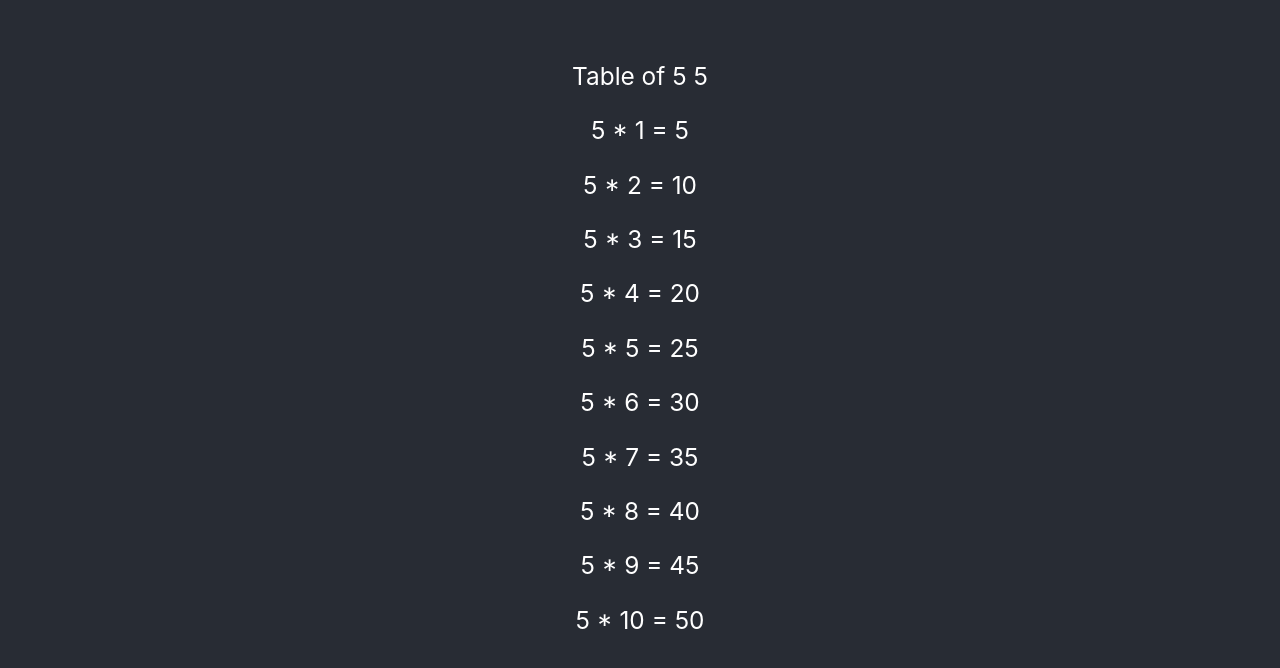
Repository: atulbihari94/react-learning
Page: / (app in my-app/my-app/)
An editor plug-in stored every save of this project. The page is shown before and after the next save, followed by the edit.
The browser window is 1280 px wide. The pictures show the whole page.
The project was rebuilt for these pictures with package versions that can differ from the ones it lists, and the page was loaded fresh each time.

Above is the page before, as saved 2019-09-20 14:07:58.

### my-app/my-app/src/App.js
import React from 'react';
import './App.css';
import PrintTable from './Print-table'

function App() {
  return (
    <div className="App">
      <header className="App-header">
      <PrintTable title = {`Table of ${5} `} table = {5}/>
      </header>
    </div>
  );
}

export default App;

### my-app/my-app/src/Print-table.js
import React from 'react';
const helloWorld = (props) => {
    const fromOneToTen = [1,2,3,4,5,6,7,8,9,10].map( element => {
        return <p>{props.table} * {element} = {props.table * element}</p>
    });
    return <div>{props.title } {props.table} {fromOneToTen} </div>
}

export default helloWorld ;

Loaded but not shown: my-app/my-app/public/index.html (common file); my-app/my-app/src/index.js (common file); my-app/my-app/src/index.css (common file); my-app/my-app/src/serviceWorker.js (common file); my-app/my-app/src/App.css (common file)

After the next save:
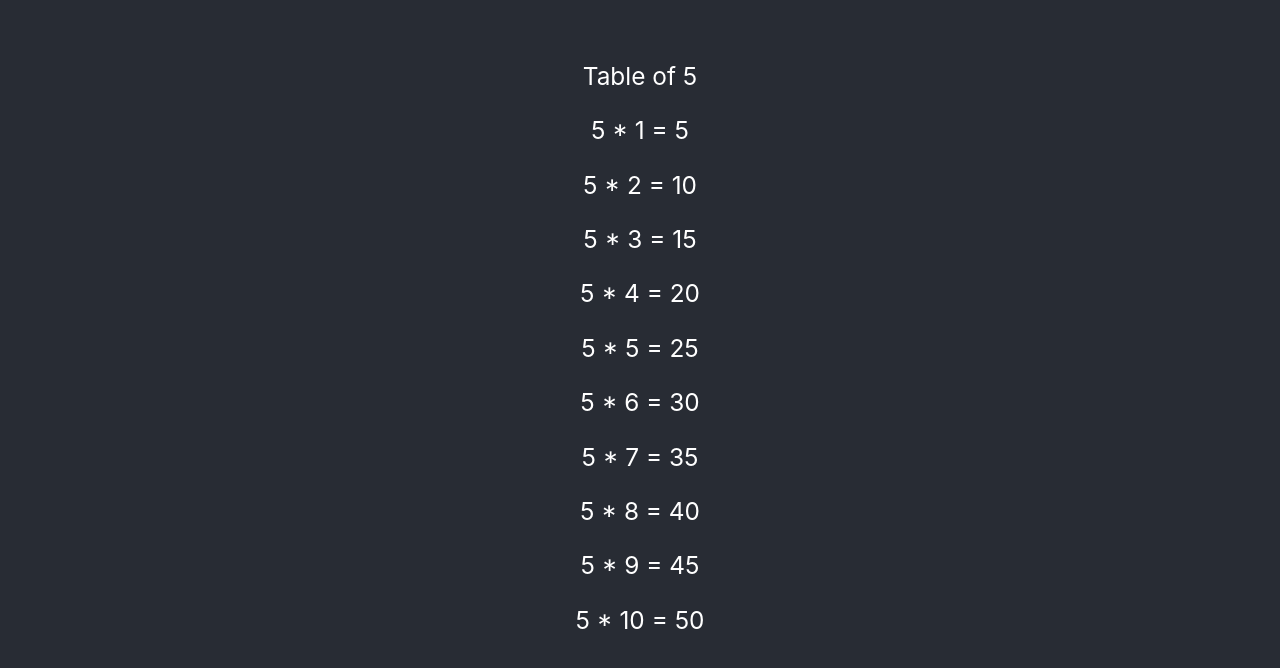
Saved 76 s later.
--- a/my-app/my-app/src/App.js
+++ b/my-app/my-app/src/App.js
@@ -6,7 +6,7 @@ function App() {
   return (
     <div className="App">
       <header className="App-header">
-      <PrintTable title = {`Table of ${5} `} table = {5}/>
+      <PrintTable title = {`Table of  `} table = {5}/>
       </header>
     </div>
   );
